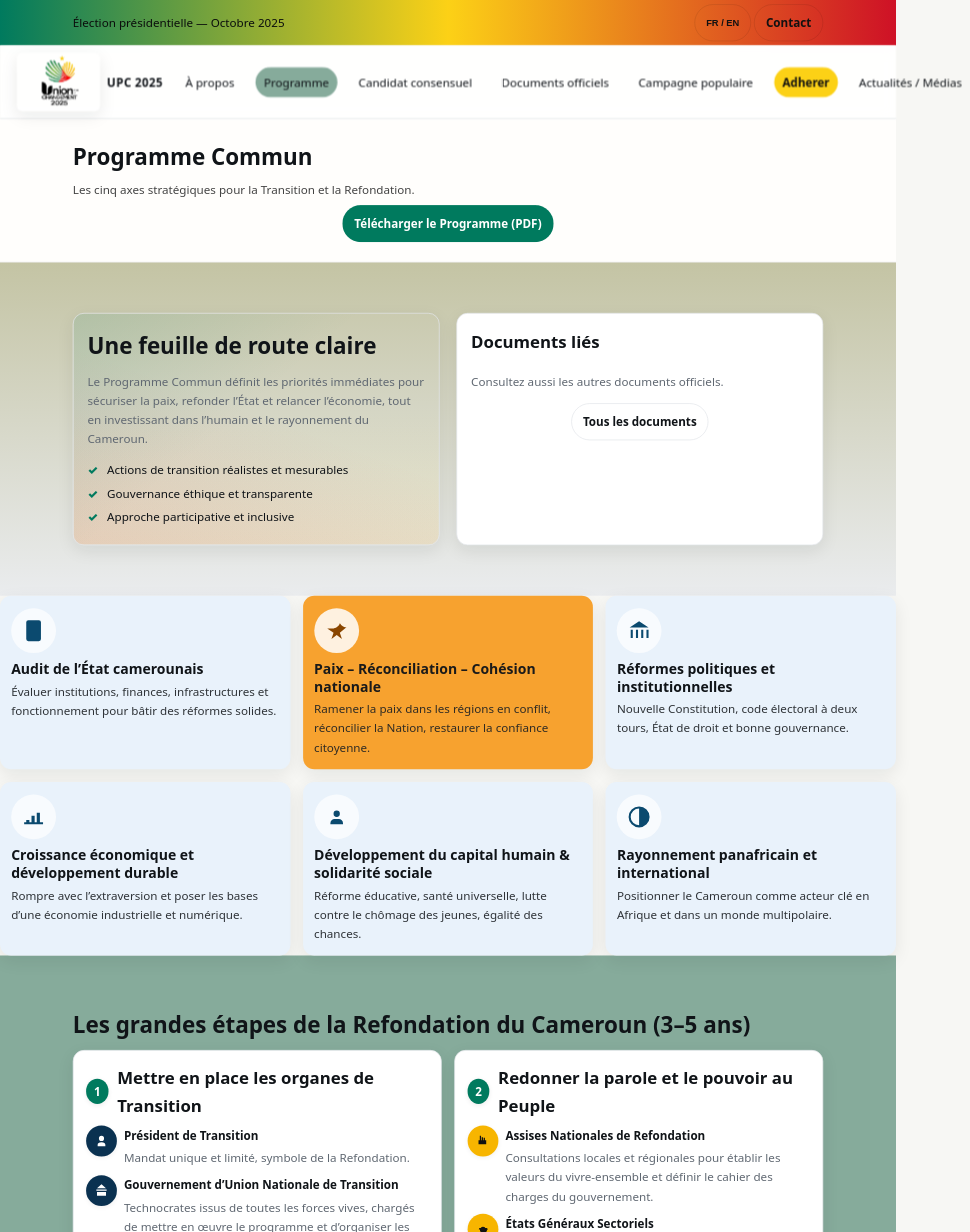
Repository: Kishny/upc2025
Page: programme.html
These files come from the project's save history. The page is drawn as it stood at one moment and after the next save; the edit follows.
The browser window is 1280 px wide. The page is 1386 px wide, so the pictures cover 1386 px, including what lies to the right of the window. The pictures show the part of the page from y = 0 to 1760 px (the page is 2608 px tall), at 70% of full size.

Above is the page before, as saved 2025-09-11 23:55:28.
Console error: ReferenceError: DICT_ABOUT is not defined

After the next save:
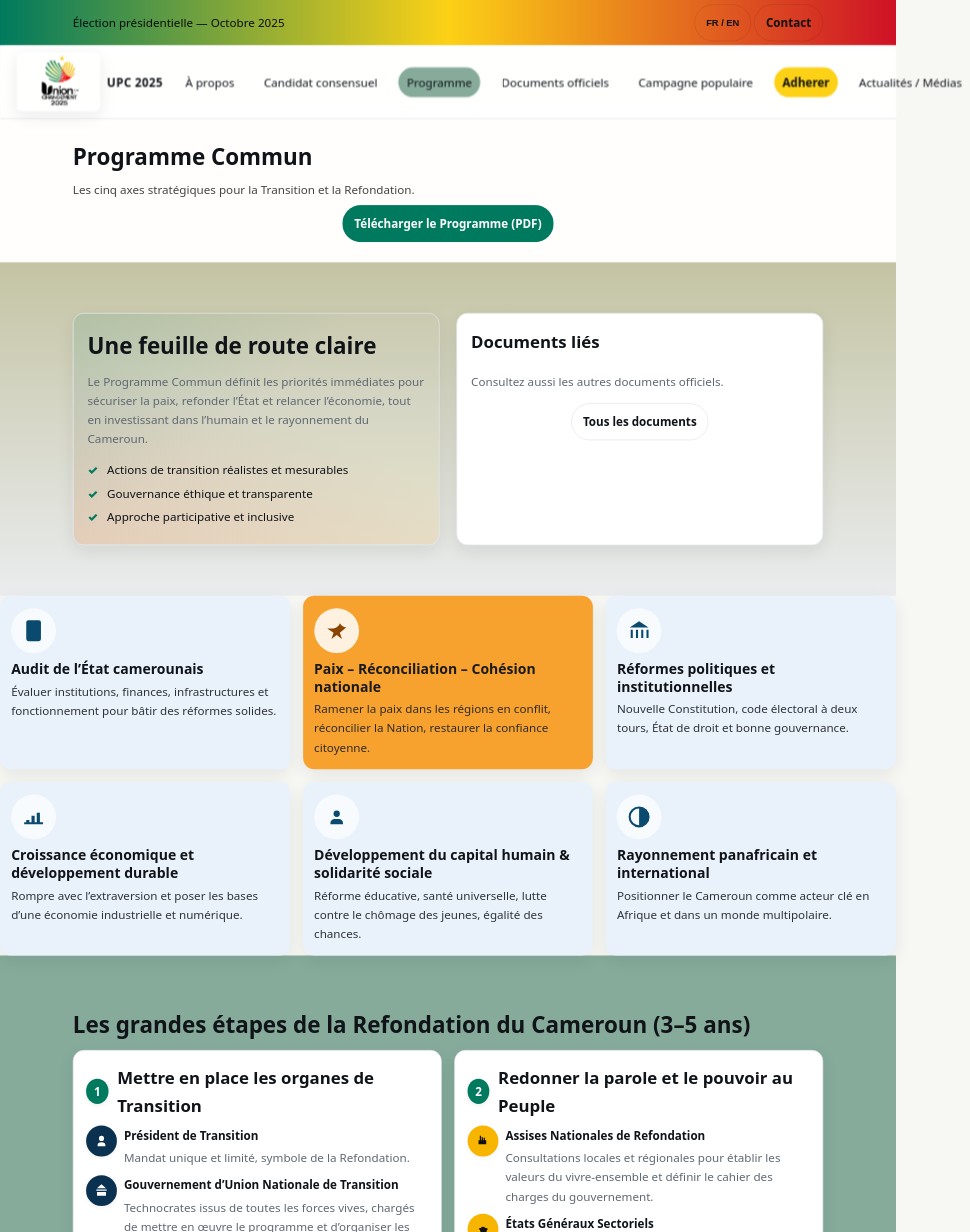
Saved 97 s later.
--- a/programme.html
+++ b/programme.html
@@ -50,11 +50,11 @@
         </a>
         <nav id="nav" class="nav" aria-label="Navigation principale">
           <a href="a-propos.html" data-i18n="nav_about">À propos</a>
+          <a href="candidat.html" data-i18n="nav_candidate"
+            >Candidat consensuel</a
+          >
           <a href="programme.html" class="active" data-i18n="nav_program"
             >Programme</a
-          >
-          <a href="candidat.html" data-i18n="nav_candidate"
-            >Candidat consensuel</a
           >
           <a href="documents.html" data-i18n="nav_docs">Documents officiels</a>
           <a href="campagne-populaire.html" data-i18n="nav_campaign"
